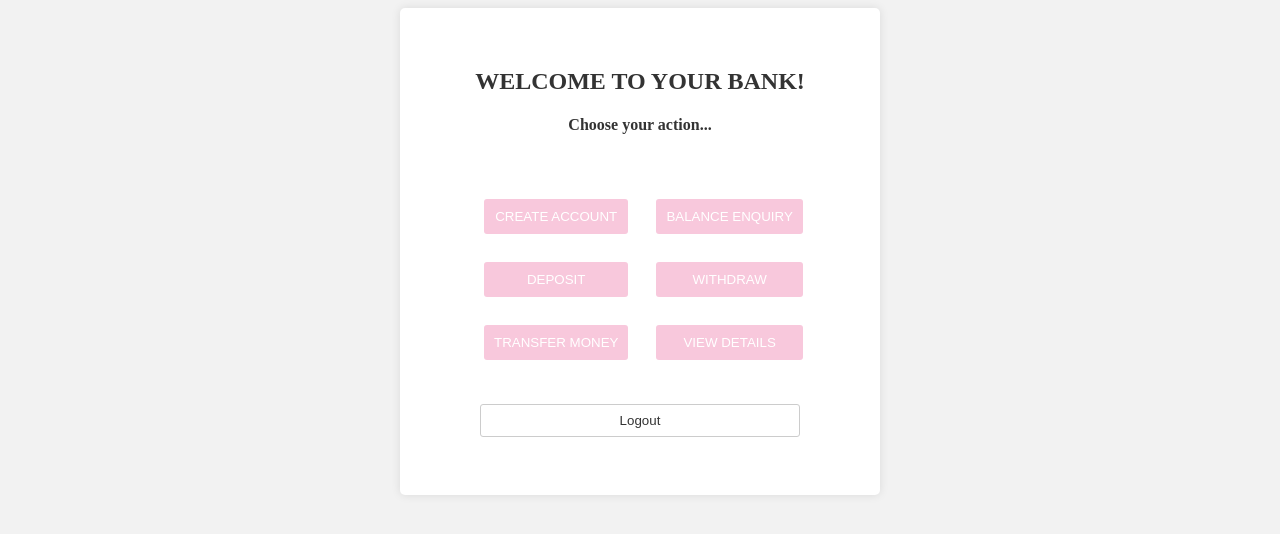
Repository: mansistic-0n3/Java_IGT
Page: Java Project/BankServlet/src/main/webapp/Home.html
These files come from the project's save history. The page is drawn as it stood at one moment and after the next save; the edit follows.
The browser window is 1280 px wide. The pictures show the whole page.

Above is the page before, as saved 2023-07-03 06:12:56.

### Java Project/BankServlet/src/main/webapp/Home.html
<!DOCTYPE html>
<html>
<head>
  <title>BANK</title>
  <style>
 .button{
  width: 100%;
  padding: 10px;
  border-radius: 3px;
  border: none;
  background-color: #F8C8DC;
  color: #ffffff;
  cursor: pointer;
 }
 .button:hover {
      transform: scale(1.2);
    }
  </style>
</head>
<body style="background-color: #f2f2f2; text-align:center;">
<div style="max-width: 400px; margin: 0 auto; padding: 40px; background-color: #ffffff; border-radius: 5px; box-shadow: 0 0 10px rgba(0, 0, 0, 0.1);">
 <h2 style="text-align: center; color: #333333;">WELCOME TO YOUR BANK!</h2>
 <h4 style="text-align: center; color: #333333;">Choose your action...</h4>
  <div style="display: grid; grid-template-columns: repeat(2, 1fr); gap: 20px; max-width: 400px; margin: 0 auto; padding: 40px;">
   <form action="create.html"> <div style="text-align: center;padding:4px;">
      <input type="submit" value = "CREATE ACCOUNT" class="button">
    </div></form>
    <form action="Bal.html"> <div style="text-align: center;padding:4px;">
      <input type="submit" value = "BALANCE ENQUIRY" class="button">
    </div></form>
   <form action="Deposit.html"> <div style="text-align: center;padding:4px;">
      <input type="submit" value = "DEPOSIT" class="button">
    </div></form>
    <form action="Withdraw.html"> <div style="text-align: center; padding:4px;">
      <input type="submit" value = "WITHDRAW" class="button">
    </div></form>
     <form action="transfer.html"> <div style="text-align: center; padding:4px;">
      <input type="submit" value = "TRANSFER MONEY" class="button">
    </div></form>
    <form action="detail.html"> <div style="text-align: center; padding:4px;">
      <input type="submit" value = "VIEW DETAILS" class="button">
    </div></form>
  </div>

      <form action="login.html">
        <input type="submit" value="Logout" style="width: 80%; padding: 8px; border-radius: 3px; border: 1px solid #cccccc; background-color: #ffffff; color: #333333; cursor: pointer;">
      <br><br></form></div>
</body>
</html>

After the next save:
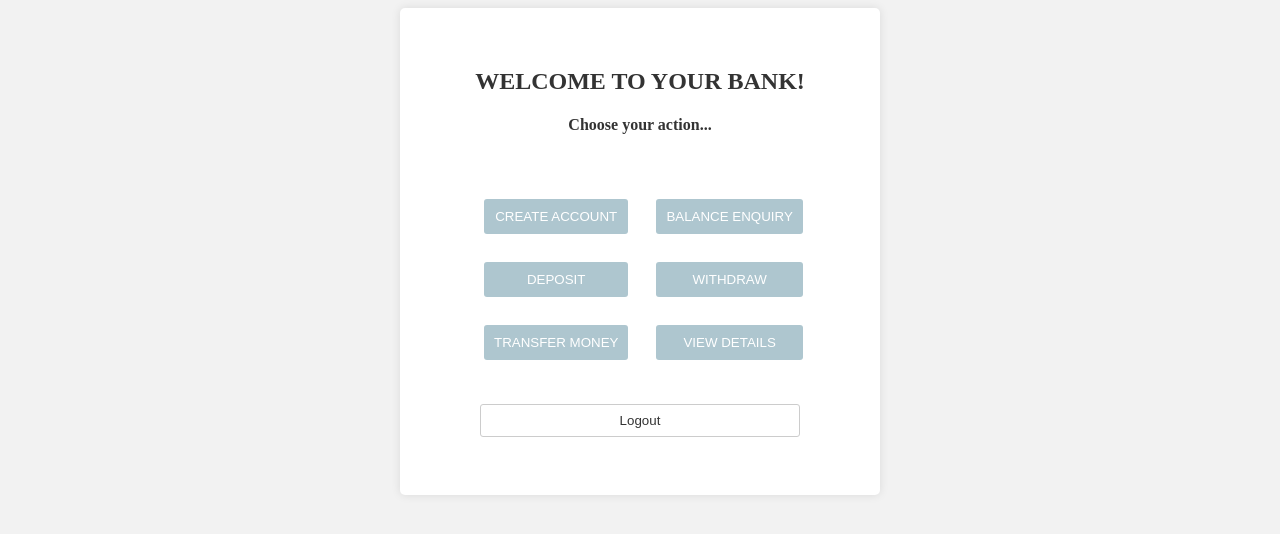
Saved 38 s later.
--- a/Java Project/BankServlet/src/main/webapp/Home.html
+++ b/Java Project/BankServlet/src/main/webapp/Home.html
@@ -8,7 +8,7 @@
   padding: 10px;
   border-radius: 3px;
   border: none;
-  background-color: #F8C8DC;
+  background-color: #AEC6CF;
   color: #ffffff;
   cursor: pointer;
  }
